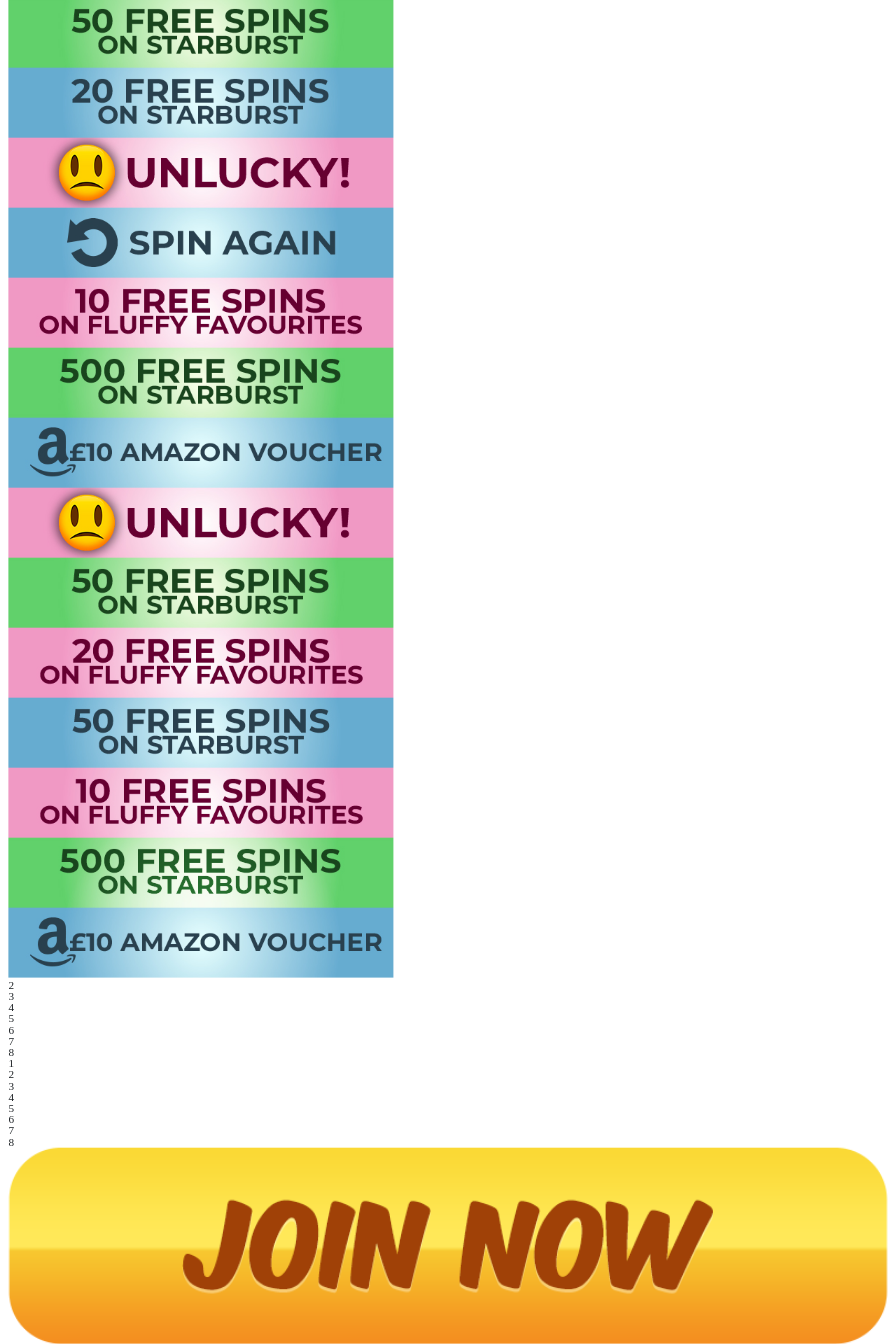
Repository: kligan/Animated_UI
Page: 15marketing/index.html
These files come from the project's save history. The page is drawn as it stood at one moment and after the next save; the edit follows.
The browser window is 1280 px wide. The pictures show the part of the page from y = 3072 to 4992 px (the page is 4992 px tall before and 4752 px after), at 70% of full size.

Above is the page before, as saved 2021-05-30 22:25:57.

### 15marketing/index.html
<!DOCTYPE html>
<html lang="en">
<head>
    <!-- Required meta tags -->
    <meta charset="utf-8">
    <meta name="viewport" content="width=device-width, initial-scale=1">

    <!-- Bootstrap CSS -->
<!--    <link href="https://cdn.jsdelivr.net/npm/bootstrap@5.0.1/dist/css/bootstrap.min.css" rel="stylesheet" integrity="sha384-+0n0xVW2eSR5OomGNYDnhzAbDsOXxcvSN1TPprVMTNDbiYZCxYbOOl7+AMvyTG2x" crossorigin="anonymous">-->
    <link href="./sass/style.css" rel="stylesheet">
    <link href="./sass/index.css" rel="stylesheet">
    <!-- <link rel="stylesheet" href="../node_modules/bootstrap/dist/css/bootstrap.css"> -->

    <title>15 Marketing</title>
</head>
<body>
<div class="container-fluid">
    <div class="row background">
            <div class="col">
                <div class="row content">
                    <div class="col">
                        <div class="row logo">
                            <img src="./assets/logo.png">
                        </div>
                        <div class="row">
                            <div class="col">
                                <img src="./assets/main-offer_text.png">
                            </div>
                            <div class="col">
                                <img src="./assets/main-offer_reel.png">
                                <div class="slot first">
                                    <div class="slot-inner">
                                      <div class="panel"><img src="./assets/Animated Reel Assets/spin-machine_prizes.jpg"></div>
                                      <div class="panel">2</div>
                                      <div class="panel">3</div>
                                      <div class="panel">4</div>
                                      <div class="panel">5</div>
                                      <div class="panel">6</div>
                                      <div class="panel">7</div>
                                      <div class="panel">8</div>
                                      <div class="panel">1</div>
                                      <div class="panel">2</div>
                                      <div class="panel">3</div>
                                      <div class="panel">4</div>
                                      <div class="panel">5</div>
                                      <div class="panel">6</div>
                                      <div class="panel">7</div>
                                      <div class="panel">8</div>
                                    </div>
                                  </div>

                            </div>
                        </div>
                        <div class="row">
                            <img src="./assets/join-now.png">
                        </div>
                    </div>
                </div>
                <div class="row footer"></div>
            </div>
    </div>
</div>
<!-- Optional JavaScript; choose one of the two! -->

<!-- Option 1: Bootstrap Bundle with Popper -->
<script src="https://cdn.jsdelivr.net/npm/bootstrap@5.0.1/dist/js/bootstrap.bundle.min.js" integrity="sha384-gtEjrD/SeCtmISkJkNUaaKMoLD0//ElJ19smozuHV6z3Iehds+3Ulb9Bn9Plx0x4" crossorigin="anonymous"></script>

<!-- Option 2: Separate Popper and Bootstrap JS -->
<!--
<script src="https://cdn.jsdelivr.net/npm/@popperjs/core@2.9.2/dist/umd/popper.min.js" integrity="sha384-IQsoLXl5PILFhosVNubq5LC7Qb9DXgDA9i+tQ8Zj3iwWAwPtgFTxbJ8NT4GN1R8p" crossorigin="anonymous"></script>
<script src="https://cdn.jsdelivr.net/npm/bootstrap@5.0.1/dist/js/bootstrap.min.js" integrity="sha384-Atwg2Pkwv9vp0ygtn1JAojH0nYbwNJLPhwyoVbhoPwBhjQPR5VtM2+xf0Uwh9KtT" crossorigin="anonymous"></script>
-->
</body>
</html>

### 15marketing/sass/index.css
*, *:before, *:after{
    box-sizing: border-box;
 }

 html, body, div, span, object, iframe, figure, h1, h2, h3, h4, h5, h6, p, blockquote, pre, a, code, em, img, small, strike, strong, sub, sup, tt, b, u, i, ol, ul, li, fieldset, form, label, table, caption, tbody, tfoot, thead, tr, th, td, main, canvas, embed, footer, header, nav, section, video{
    margin: 0;
    padding: 0;
    border: 0;
    font-size: 100%;
    font: inherit;
    vertical-align: baseline;
    text-rendering: optimizeLegibility;
    -webkit-font-smoothing: antialiased;
    text-size-adjust: none;
 }

 footer, header, nav, section, main{
    display: block;
 }

 body{
    line-height: 1;
 }

 ol, ul{
    list-style: none;
 }

 blockquote, q{
    quotes: none;
 }

 blockquote:before, blockquote:after, q:before, q:after{
    content: '';
    content: none;
 }

 table{
    border-collapse: collapse;
    border-spacing: 0;
 }

 input{
    -webkit-appearance: none;
    border-radius: 0;
 }

Loaded but not shown: 15marketing/sass/style.css (library)

After the next save:
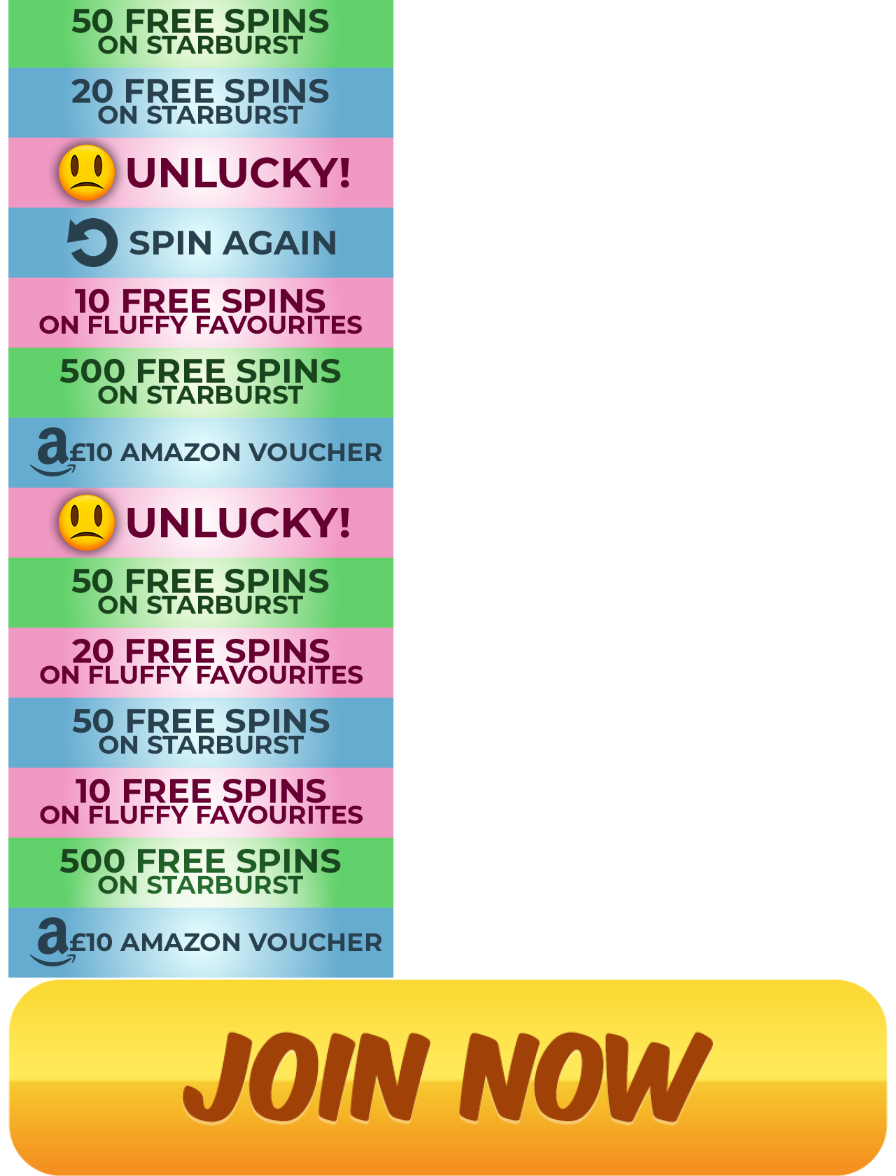
Saved 6 min 30 s later.
--- a/15marketing/index.html
+++ b/15marketing/index.html
@@ -31,21 +31,7 @@
                                 <div class="slot first">
                                     <div class="slot-inner">
                                       <div class="panel"><img src="./assets/Animated Reel Assets/spin-machine_prizes.jpg"></div>
-                                      <div class="panel">2</div>
-                                      <div class="panel">3</div>
-                                      <div class="panel">4</div>
-                                      <div class="panel">5</div>
-                                      <div class="panel">6</div>
-                                      <div class="panel">7</div>
-                                      <div class="panel">8</div>
-                                      <div class="panel">1</div>
-                                      <div class="panel">2</div>
-                                      <div class="panel">3</div>
-                                      <div class="panel">4</div>
-                                      <div class="panel">5</div>
-                                      <div class="panel">6</div>
-                                      <div class="panel">7</div>
-                                      <div class="panel">8</div>
+
                                     </div>
                                   </div>
 
